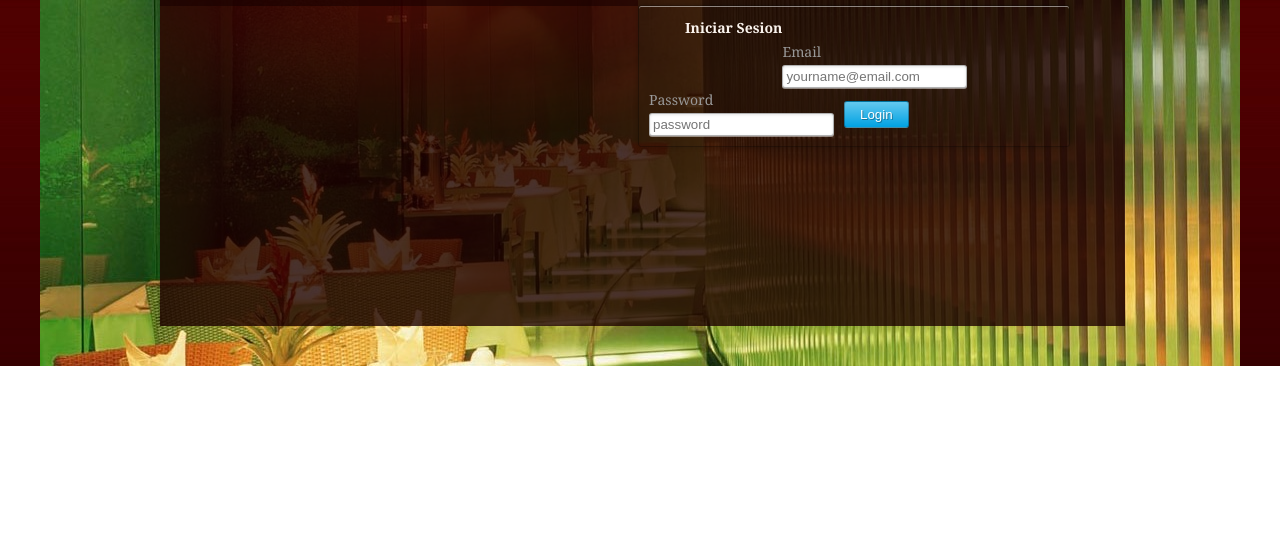
Repository: ProSoft-PDSI/sdsddo
Page: http://localhost/sdsr/LoginRegistro.jsp
An editor plug-in stored every save of this project. The page is shown before and after the next save, followed by the edit.
The browser window is 1280 px wide. The pictures show the whole page.
The page is served by Tomcat 9.

Above is the page before, as saved 2014-07-20 02:02:57.
Console error: TypeError: Cannot read properties of undefined (reading 'appendTo')

After the next save:
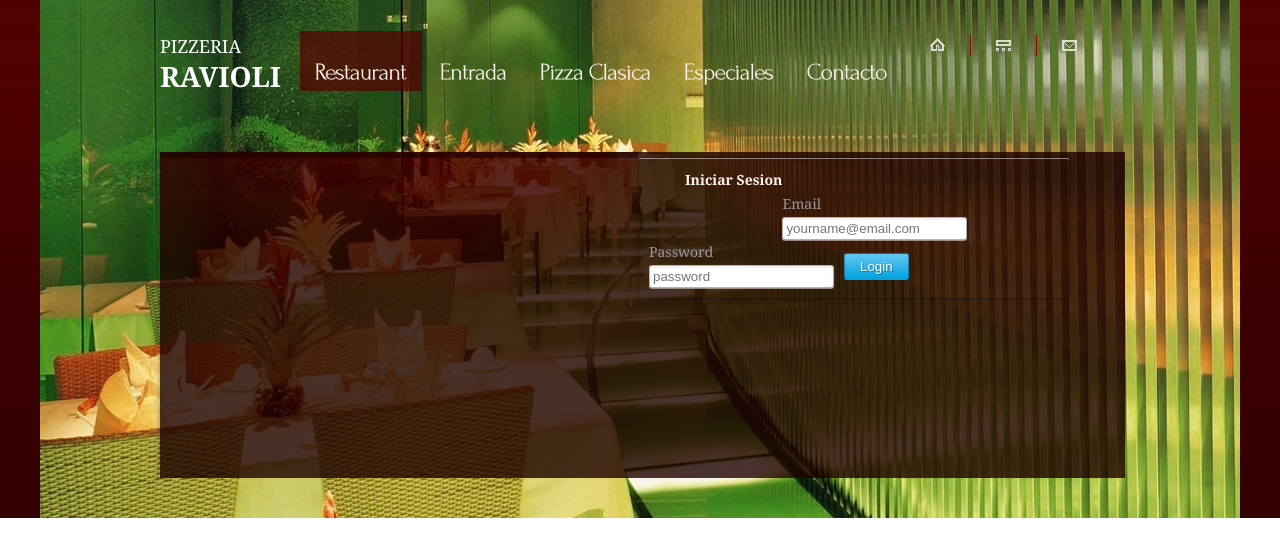
Saved 4 s later.
--- a/Web/sdsr/WebContent/LoginRegistro.jsp
+++ b/Web/sdsr/WebContent/LoginRegistro.jsp
@@ -17,6 +17,27 @@
 <div class="body6">
 	<div class="body1">
 		<div class="main">
+<!-- header -->
+			<header>
+                <div id="ac_content" class="ac_content"><h1><span>PIZZERIA</span>RAVIOLI</h1></div>
+					<nav>
+						<ul id="top_nav">
+							<li><a href="index.html"><img src="images/icon_1.gif" alt=""></a></li>
+							<li><a href="Login.html"><img src="images/icon_2.gif" alt=""></a></li>
+							<li class="end"><a href="Contacto.html"><img src="images/icon_3.gif" alt=""></a></li>
+						</ul>
+					</nav>
+					<nav>
+						<ul id="menu">
+							<li class="active"><a href="index.html">Restaurant</a></li>
+							<li><a href="Entrada.html">Entrada</a></li>
+							<li><a href="Clasica.html">Pizza Clasica</a></li>
+							<li><a href="Especial.html">Especiales</a></li>
+							<li><a href="Contacto.html">Contacto</a></li>
+						</ul>
+					</nav>
+				</header>
+<!-- / header -->
 <!-- content -->
 
 			<article id="content">

After the save that followed:
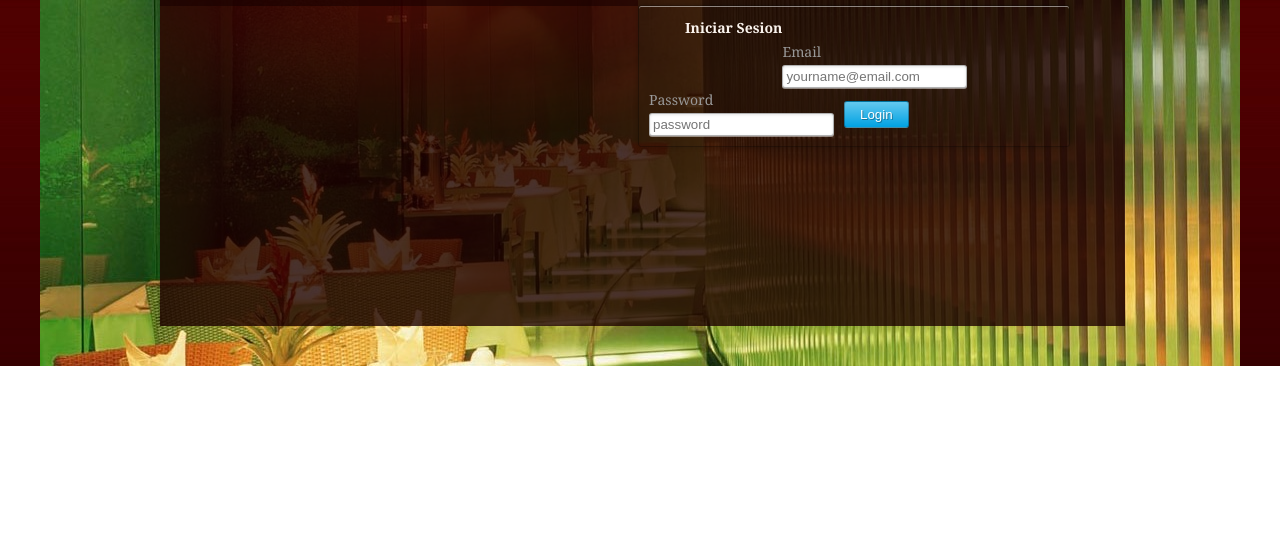
Saved 5 s later.
--- a/Web/sdsr/WebContent/LoginRegistro.jsp
+++ b/Web/sdsr/WebContent/LoginRegistro.jsp
@@ -17,27 +17,6 @@
 <div class="body6">
 	<div class="body1">
 		<div class="main">
-<!-- header -->
-			<header>
-                <div id="ac_content" class="ac_content"><h1><span>PIZZERIA</span>RAVIOLI</h1></div>
-					<nav>
-						<ul id="top_nav">
-							<li><a href="index.html"><img src="images/icon_1.gif" alt=""></a></li>
-							<li><a href="Login.html"><img src="images/icon_2.gif" alt=""></a></li>
-							<li class="end"><a href="Contacto.html"><img src="images/icon_3.gif" alt=""></a></li>
-						</ul>
-					</nav>
-					<nav>
-						<ul id="menu">
-							<li class="active"><a href="index.html">Restaurant</a></li>
-							<li><a href="Entrada.html">Entrada</a></li>
-							<li><a href="Clasica.html">Pizza Clasica</a></li>
-							<li><a href="Especial.html">Especiales</a></li>
-							<li><a href="Contacto.html">Contacto</a></li>
-						</ul>
-					</nav>
-				</header>
-<!-- / header -->
 <!-- content -->
 
 			<article id="content">
